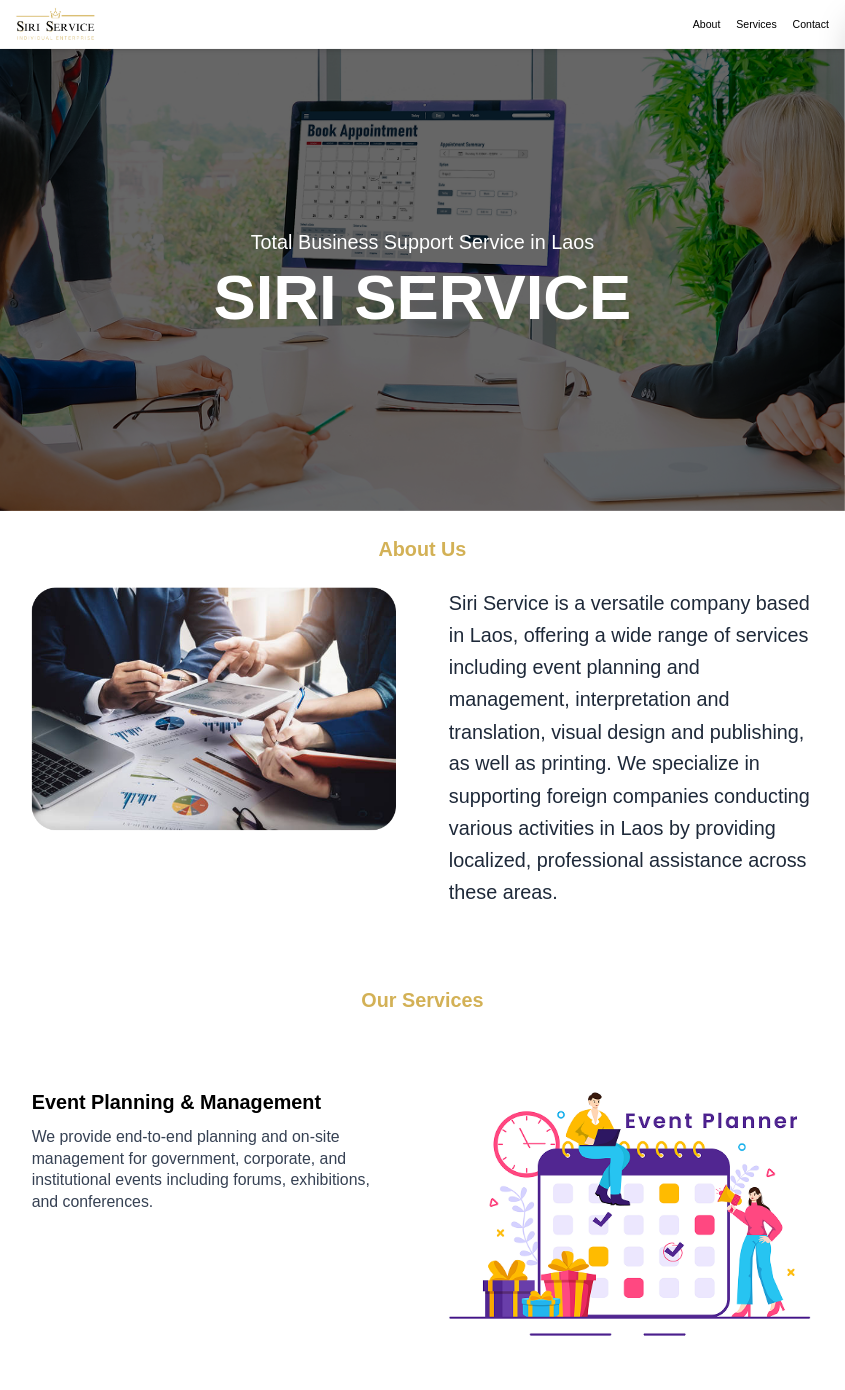
Repository: Phailin-teamplate/siri-service-web
Page: /
The author's editor kept a copy of each file at every save. The page is drawn from the files as they stood at one save, then again after the next save.
The browser window is 1280 px wide. The pictures show the whole page, at 66% of full size.
The project was rebuilt for these pictures with package versions that can differ from the ones it lists, and the page was loaded fresh each time. The framework's server and built-in components were replaced by stand-ins that run in the browser. Also part of the build but not shown: next.config.ts.

Above is the page before, as saved 2025-07-02 14:51:13.

### src/app/layout.tsx
"use client";

import React, { useState, useEffect } from "react";
import { ArrowUpIcon } from "@heroicons/react/24/solid"; // Importing the arrow icon
// import { Geist, Geist_Mono } from "next/font/google";
// import { Inter, Noto_Sans_Lao } from "next/font/google";
import "./globals.css";
import Navbar from "@/src/components/navbar";

// const inter = Inter({ subsets: ["latin"] });
// const notoSansLao = Noto_Sans_Lao({ subsets: ["lao"] });

// const geistSans = Geist({
//   variable: "--font-geist-sans",
//   subsets: ["latin"],
// });
// const geistMono = Geist_Mono({
//   variable: "--font-geist-mono",
//   subsets: ["latin"],
// });

export default function RootLayout({
  children,
}: Readonly<{
  children: React.ReactNode;
}>) {
  const [isVisible, setIsVisible] = useState(false);

  // Detect scroll position and show button when scrolling down
  const handleScroll = () => {
    if (window.scrollY > 300) {
      setIsVisible(true);
    } else {
      setIsVisible(false);
    }
  };

  useEffect(() => {
    window.addEventListener("scroll", handleScroll);
    return () => {
      window.removeEventListener("scroll", handleScroll);
    };
  }, []);

  const scrollToTop = () => {
    window.scrollTo({ top: 0, behavior: "smooth" });
  };

  return (
    <html lang="en">
      {/* <body
        className={`${geistSans.variable} ${geistMono.variable} ${inter.className}  ${notoSansLao.className} antialiased`}
      > */}
      <body className="bg-white">
        <Navbar />
        {children}
        {/* <Footer /> */}

        {/* Popup Button with Icon for Scrolling to Top */}
        {isVisible && (
          <button
            onClick={scrollToTop}
            className="fixed bottom-2 right-5 md:bottom-5 md:right-10 bg-blue-500 text-white p-2 md:p-4 rounded-full shadow-lg hover:bg-blue-600 focus:outline-none transition-transform transform hover:scale-110"
          >
            {/* Heroicon Arrow Up Icon */}
            <ArrowUpIcon className="h-5 w-5 md:h-6 md:w-6" />
          </button>
        )}
      </body>
    </html>
  );
}

### src/app/page.tsx
import React from "react";
import Homepage from "@/src/components/Homepage";
import About from "@/src/components/About";
import Service from "@/src/components/Service";

export const metadata = {
  title: "About | TEAMPLATE",
  description:
    "Learn about TEAMPLATE — our story, mission, team, and values that drive our innovation.",
  keywords: ["teamplate", "about", "our story", "mission", "values", "team"],
  openGraph: {
    title: "About | TEAMPLATE",
    description:
      "Discover TEAMPLATE's story, mission, and the people behind our success.",
    url: "https://yourdomain.com/about",
    siteName: "TEAMPLATE",
    images: [
      {
        url: "https://yourdomain.com/images/about-og.jpg", // ✅ Replace with actual path
        width: 1200,
        height: 630,
        alt: "About TEAMPLATE",
      },
    ],
    locale: "en_US",
    type: "website",
  },
};

export default function Home() {
  return (
    <section className="w-full" id="about">
      <Homepage/>
      <About/>
      <Service/>
    </section>
  );
}

### src/components/navbar.tsx
import { useState, useCallback, useEffect } from "react";
import Image from "next/image";
import { Menu, X } from "lucide-react";
import Logo from "@/public/logo/Siri Service.png";

export default function Navbar() {
  const [isOpen, setIsOpen] = useState(false);

  // Function for smooth scrolling
  const handleSmoothScroll = useCallback((targetId: string) => {
    setIsOpen(false); // Close the sidebar

    if (targetId === "/") {
      window.scrollTo({ top: 0, behavior: "smooth" });
    } else {
      const targetElement = document.querySelector(targetId);
      if (targetElement) {
        targetElement.scrollIntoView({ behavior: "smooth" });
      }
    }
  }, []);

  const [isScrolled, setIsScrolled] = useState(false);

  // Detect scroll to change navbar background
  useEffect(() => {
    const handleScroll = () => {
      const scrollTop = window.scrollY;
      setIsScrolled(scrollTop > 10); // Trigger when scrolled 10px
    };

    window.addEventListener("scroll", handleScroll);

    return () => window.removeEventListener("scroll", handleScroll);
  }, []);

  return (
    <div className="w-full sticky top-0 z-50 bg-white shadow-md">
      <nav className="flex items-center justify-between px-6 py-3">
        {/* Logo */}
        <button
          onClick={() => handleSmoothScroll("/")}
          className="p-0 border-none bg-transparent active:opacity-80"
        >
          <Image
            className="w-20 sm:w-20 md:w-30 lg:w-30 xl:w-30 2xl:w-30 h-auto"
            src={Logo}
            alt="Appstore"
            priority
          />
        </button>

        {/* Desktop Links */}
        <div className="hidden md:flex gap-6">
          <button
            onClick={() => handleSmoothScroll("#about")}
            className="hover:text-blue-600 hover:underline transition-colors text-black duration-200 cursor-pointer"
          >
            About
          </button>
          <button
            onClick={() => handleSmoothScroll("#services")}
            className="hover:text-blue-600 hover:underline transition-colors text-black duration-200 cursor-pointer"
          >
            Services
          </button>
          <button
            onClick={() => handleSmoothScroll("#contact")}
            className="hover:text-blue-600 hover:underline transition-colors text-black duration-200 cursor-pointer"
          >
            Contact
          </button>
        </div>

        {/* Mobile Menu Button */}
        <button
          className="md:hidden focus:outline-none"
          onClick={() => setIsOpen(!isOpen)}
          aria-label="Toggle Menu"
        >
          {isOpen ? <X size={28} /> : <Menu size={28} />}
        </button>
      </nav>

      {/* Overlay (Closes menu when clicked) */}
      {isOpen && (
        <div
          className="fixed inset-0 z-40"
          onClick={() => setIsOpen(false)}
        ></div>
      )}

      {/* Mobile Sidebar */}
      <div
        className={`fixed top-0 right-0 h-full w-64 bg-white shadow-2xl p-6 flex flex-col transition-transform ${
          isOpen ? "translate-x-0" : "translate-x-full"
        } duration-300 ease-in-out z-50`}
      >
        {/* Sidebar Header */}
        <div className="flex justify-between items-center pb-4 mt-1">
          <h3 className="text-black text-2xl font-semibold">Menu</h3>
          <button
            className="text-black text-3xl font-bold focus:outline-none"
            onClick={() => setIsOpen(false)}
            aria-label="Close Menu"
          >
            <X size={28} />
          </button>
        </div>

        {/* Sidebar Links */}
        <div className="flex flex-col items-start gap-4 pb-4">
          <button
            onClick={() => handleSmoothScroll("#about")}
            className="hover:text-blue-600 hover:underline transition-colors duration-200 cursor-pointer"
          >
            About
          </button>
          <button
            onClick={() => handleSmoothScroll("#services")}
            className="hover:text-blue-600 hover:underline transition-colors duration-200 cursor-pointer"
          >
            Services
          </button>
          <button
            onClick={() => handleSmoothScroll("#contact")}
            className="hover:text-blue-600 hover:underline transition-colors duration-200 cursor-pointer"
          >
            Contact
          </button>
        </div>
      </div>
    </div>
  );
}

### src/components/Homepage.tsx
import Image from "next/image";
import BgSiri from "@/public/bg-siri.png";
import type { Metadata } from "next";

export const metadata: Metadata = {
  title: "SiriService | About Us",
  description: "We are a Laos-based IT startup aiming for the global market.",
};

export default function Homepage() {
  return (
    <div className="flex flex-col ">
      <div className="flex justify-center">
        <div className="relative w-full h-[400px] xs:h-[600px] sm:h-[650px] md:h-[700px] lg:h-[700px]">
          {/* Background Image */}
          <Image src={BgSiri} alt="StartUp" fill className="object-cover" />

          {/* Gradient Overlay */}
          <div className="absolute inset-0 bg-black/60 z-10" />

          {/* Centered Content */}
          <div className="absolute inset-0 z-20 flex flex-col items-center justify-center text-center px-4">
            <div className="mb-4 sm:mb-4">
              <p className="text-white text-sm xs:text-base sm:text-xl md:text-3xl font-medium">
                Total Business Support Service in Laos
              </p>
            </div>
            <h1 className="text-white text-4xl xs:text-5xl sm:text-6xl md:text-7xl lg:text-8xl font-bold">
              SIRI SERVICE
            </h1>
          </div>
        </div>
      </div>


    </div>
  );
}

### src/components/About.tsx
"use client";

import Image from "next/image";
import AboutSV from "@/public/About.png";
import type { Metadata } from "next";

export const metadata: Metadata = {
  title: "Teamplate",
  description: "We are a Laos-based IT startup aiming for the global market.",
};

export default function About() {
  return (
    <div className="w-full bg-white px-6 md:px-12 py-10" id="about">
      {/* Section Title */}
      <div className="text-center flex justify-center md:text-left mb-10">
        <h2 className="text-2xl md:text-3xl font-extrabold text-[#D3B156]">
          About Us
        </h2>
      </div>

      {/* Content: Image + Text */}
      <div className="flex flex-col md:flex-row items-start justify-center gap-12 md:gap-20">
  {/* Image */}
  <div className="w-full max-w-[660px] ">
    <Image
      src={AboutSV}
      alt="About"
    width={500}
            height={300}
      className="object-cover w-full h-auto rounded-xl"
      priority
    />
  </div>

  {/* Text */}
  <div className="w-full max-w-[720px] text-center md:text-left">
    <p className="text-3xl font-medium leading-relaxed text-gray-800">
      Siri Service is a versatile company based in Laos, offering a wide range of
      services including event planning and management, interpretation and
      translation, visual design and publishing, as well as printing. We specialize
      in supporting foreign companies conducting various activities in Laos by
      providing localized, professional assistance across these areas.
    </p>
  </div>
</div>

    </div>
  );
}

### src/components/Service.tsx
"use client";

import Image from "next/image";
import AboutSV from "@/public/About.png";
import type { Metadata } from "next";
import Service1 from "@/public/service/service1.png"

export const metadata: Metadata = {
  title: "Teamplate",
  description: "We are a Laos-based IT startup aiming for the global market.",
};

export default function Service() {
  return (
    <div className="w-full bg-white px-6 md:px-12 py-20" id="service">
      {/* Section Title */}
      <div className="text-center flex justify-center md:text-left mb-30">
        <h2 className="text-2xl md:text-3xl font-extrabold text-[#D3B156]">
          Our Services
        </h2>
      </div>

      {/* Content: Image + Text */}
      <div className="flex flex-col md:flex-row items-start justify-center gap-12 md:gap-20">
        {/* Text */}
        <div className="w-full max-w-[720px] text-center md:text-left">
          <h1 className="text-black text-3xl sm:text-3xl font-semibold mb-4">
            Event Planning & Management
          </h1>
      <p className="text-gray-700 text-2xl font-medium leading-snug h-[9rem] overflow-hidden">
  We provide end-to-end planning and on-site management for
  government, corporate, and institutional events including forums,
  exhibitions, and conferences.
</p>

        </div>
        {/* Image */}
        <div className="w-full max-w-[570px] ">
          <Image
            src={Service1}
            alt="Service1"
            width={512}
            height={340}
            className="object-cover w-full h-auto rounded-xl"
            priority
          />
        </div>
      </div>
    </div>
  );
}

Loaded but not shown: src/app/globals.css (common file)

After the next save:
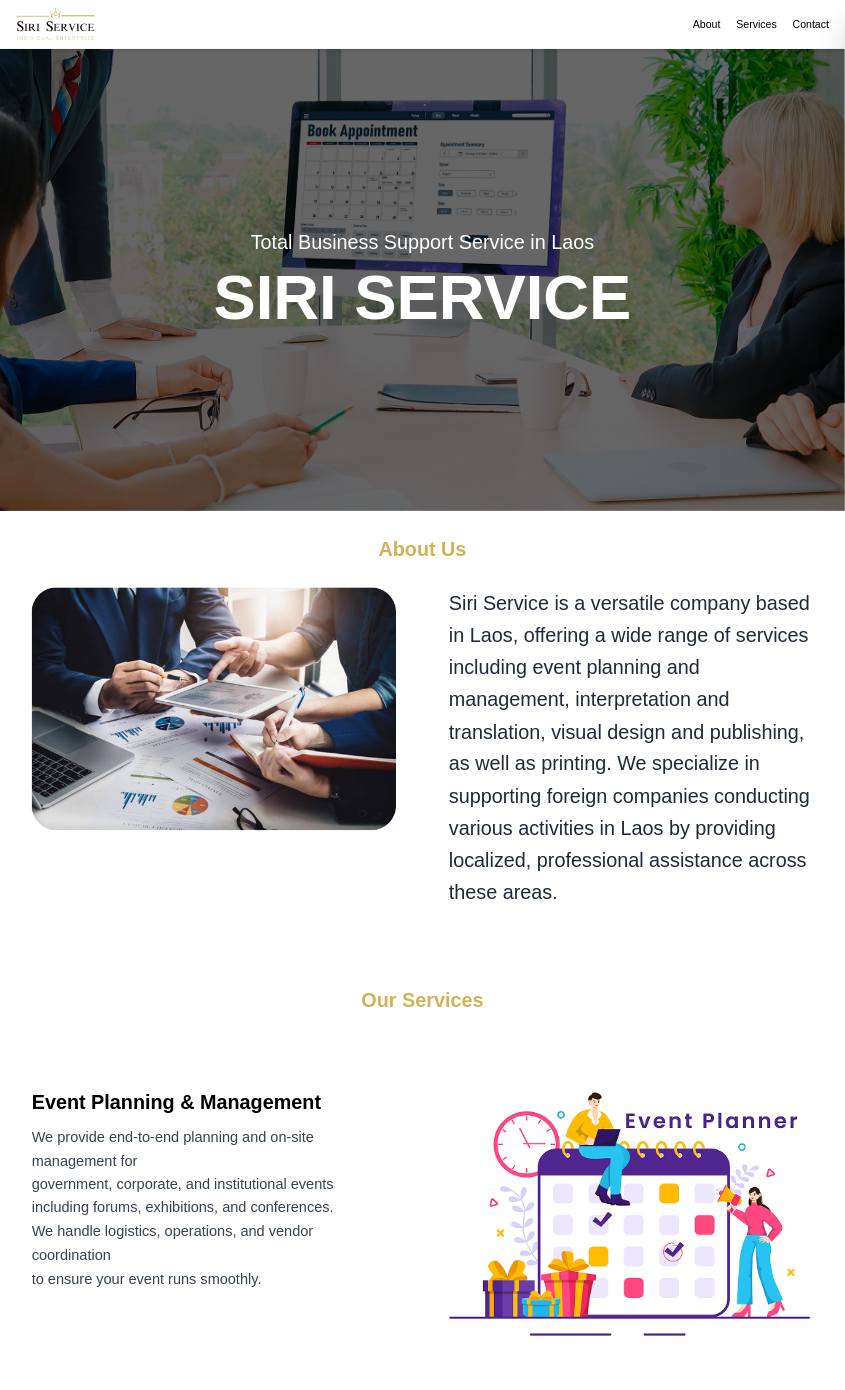
Saved 83 s later.
--- a/src/components/Service.tsx
+++ b/src/components/Service.tsx
@@ -27,11 +27,13 @@
           <h1 className="text-black text-3xl sm:text-3xl font-semibold mb-4">
             Event Planning & Management
           </h1>
-      <p className="text-gray-700 text-2xl font-medium leading-snug h-[9rem] overflow-hidden">
-  We provide end-to-end planning and on-site management for
-  government, corporate, and institutional events including forums,
-  exhibitions, and conferences.
-</p>
+     <p className="text-gray-700 text-[20px] md:text-[22px] font-medium leading-relaxed">
+    We provide end-to-end planning and on-site management for<br />
+    government, corporate, and institutional events<br />
+    including forums, exhibitions, and conferences.<br />
+    We handle logistics, operations, and vendor coordination<br />
+    to ensure your event runs smoothly.
+  </p>
 
         </div>
         {/* Image */}
